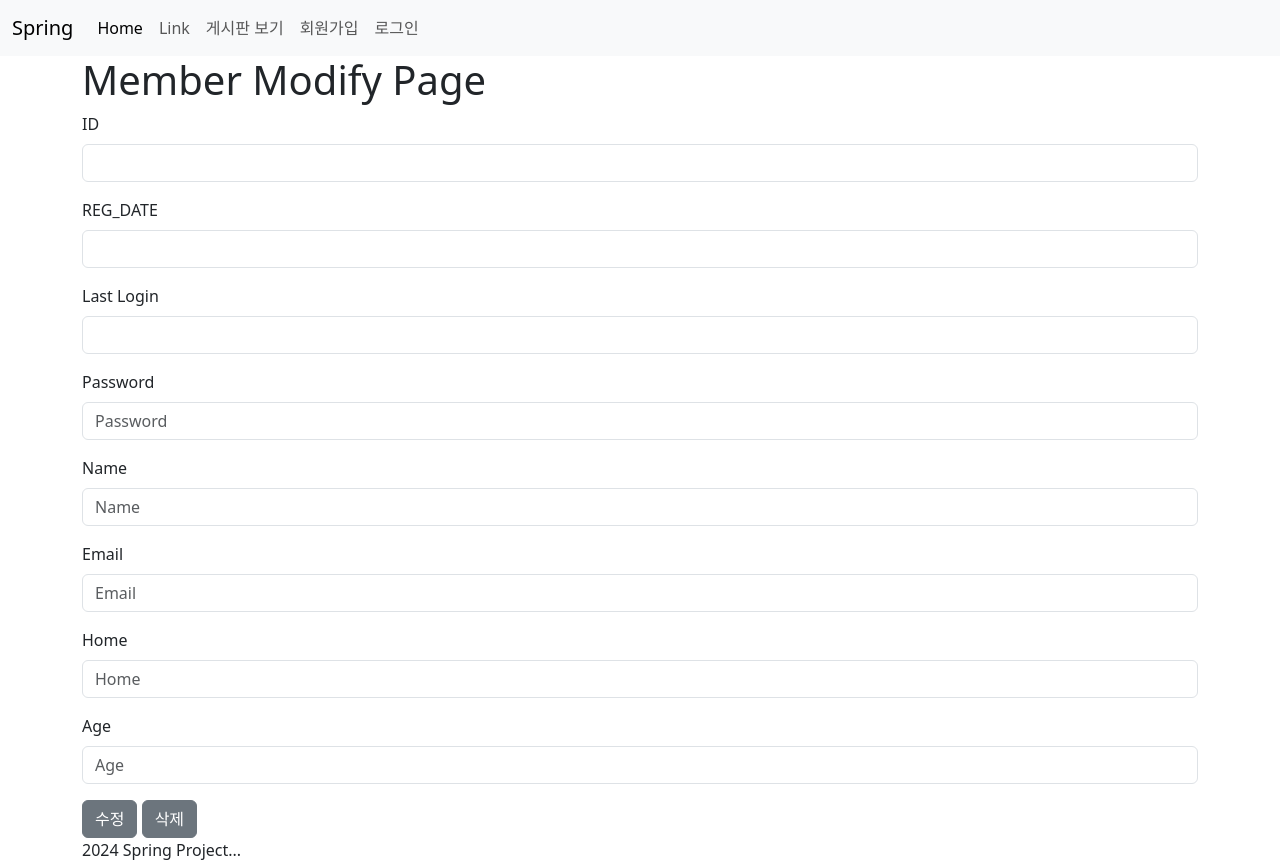
Repository: gajami-kim/240430_Spring_Study
Page: http://localhost/spring_study/WEB-INF/views/member/modify.jsp
An editor plug-in stored every save of this project. The page is shown before and after the next save, followed by the edit.
The browser window is 1280 px wide. The pictures show the whole page.
The page is served by Tomcat 9. Nobody is signed in. The template is opened directly, without the code that normally fills it, so the values that code supplies are empty.

Above is the page before, as saved 2024-04-25 09:09:57.

### spring_study/src/main/webapp/WEB-INF/views/member/modify.jsp
<%@ page language="java" contentType="text/html; charset=UTF-8"
    pageEncoding="UTF-8"%>
<jsp:include page="../layout/header.jsp" />

<div class="container-sm">
<h1>Member Modify Page</h1>
	<form action="/member/modify" method="post">
		<div class="mb-3">
		  <label for="i" class="form-label">ID</label>
		  <input type="text" class="form-control" name="id" id="i" value="${ses.id }" readonly="readonly">
		</div>
		<div class="mb-3">
		  <label for="r" class="form-label">REG_DATE</label>
		  <input type="text" class="form-control" id="r" value="${ses.reg_date }" readonly="readonly">
		</div>
		<div class="mb-3">
		  <label for="l" class="form-label">Last Login</label>
		  <input type="text" class="form-control" id="i" value="${ses.last_login }" readonly="readonly">
		</div>
		<div class="mb-3">
		  <label for="p" class="form-label">Password</label>
		  <input type="password" class="form-control" name="pw" id="p" placeholder="Password">
		</div>
		<div class="mb-3">
		  <label for="n" class="form-label">Name</label>
		  <input type="text" class="form-control" name="name" id="n"  value="${ses.name }" placeholder="Name">
		</div>
		<div class="mb-3">
		  <label for="e" class="form-label">Email</label>
		  <input type="email" class="form-control" name="email" id="e"  value="${ses.email }" placeholder="Email">
		</div>
		<div class="mb-3">
		  <label for="h" class="form-label">Home</label>
		  <input type="text" class="form-control" name="home" id="h"  value="${ses.home }" placeholder="Home">
		</div>
		<div class="mb-3">
		  <label for="a" class="form-label">Age</label>
		  <input type="text" class="form-control" name="age" id="a"  value="${ses.age }" placeholder="Age">
		</div>
		<button type="submit" class="btn btn-secondary">수정</button>
		<button type="submit" class="btn btn-secondary">삭제</button>
	</form>
</div>

<jsp:include page="../layout/footer.jsp" />

### spring_study/src/main/webapp/WEB-INF/views/layout/header.jsp
<%@ page language="java" contentType="text/html; charset=UTF-8"
    pageEncoding="UTF-8"%>
    <%@ taglib uri="http://java.sun.com/jsp/jstl/core" prefix="c"%>
<!DOCTYPE html>
<html>
<head>
<meta charset="UTF-8">
<title>header.jsp</title>
</head>
<link href="https://cdn.jsdelivr.net/npm/bootstrap@5.3.3/dist/css/bootstrap.min.css" rel="stylesheet" integrity="sha384-QWTKZyjpPEjISv5WaRU9OFeRpok6YctnYmDr5pNlyT2bRjXh0JMhjY6hW+ALEwIH" crossorigin="anonymous">
<script src="https://cdn.jsdelivr.net/npm/bootstrap@5.3.3/dist/js/bootstrap.bundle.min.js" integrity="sha384-YvpcrYf0tY3lHB60NNkmXc5s9fDVZLESaAA55NDzOxhy9GkcIdslK1eN7N6jIeHz" crossorigin="anonymous"></script>
<body>
<nav class="navbar navbar-expand-lg bg-body-tertiary">
  <div class="container-fluid">
    <a class="navbar-brand" href="#">Spring</a>
    <button class="navbar-toggler" type="button" data-bs-toggle="collapse" data-bs-target="#navbarSupportedContent" aria-controls="navbarSupportedContent" aria-expanded="false" aria-label="Toggle navigation">
      <span class="navbar-toggler-icon"></span>
    </button>
    <div class="collapse navbar-collapse" id="navbarSupportedContent">
      <ul class="navbar-nav me-auto mb-2 mb-lg-0">
        <li class="nav-item">
          <a class="nav-link active" aria-current="page" href="#">Home</a>
        </li>
        <li class="nav-item">
          <a class="nav-link" href="#">Link</a>
        </li>
        <c:if test="${ses.id ne null }">
        <li class="nav-item">
          <a class="nav-link" href="/board/register">게시판 글쓰기</a>
        </li>
        </c:if>
        <li class="nav-item">
          <a class="nav-link" href="/board/list">게시판 보기</a>
        </li>
        <c:if test="${ses.id eq null }">
        <li class="nav-item">
          <a class="nav-link" href="/member/register">회원가입</a>
        </li>
        <li class="nav-item">
          <a class="nav-link" href="/member/login">로그인</a>
        </li>
        </c:if>
        <c:if test="${ses.id ne null }">
        <li class="nav-item">
          <a class="nav-link" href="/member/logout">로그아웃</a>
        </li>
        <li class="nav-item">
          <a class="nav-link" href="/member/modify">${ses.id }(${ses.email }) Welcome!!</a>
        </li>
        </c:if>
      </ul>
    </div>
  </div>
</nav>

### spring_study/src/main/webapp/WEB-INF/views/layout/footer.jsp
<%@ page language="java" contentType="text/html; charset=UTF-8"
    pageEncoding="UTF-8"%>

<div class="container-sm">
	2024 Spring Project...
</div>

</body>
</html>

After the next save:
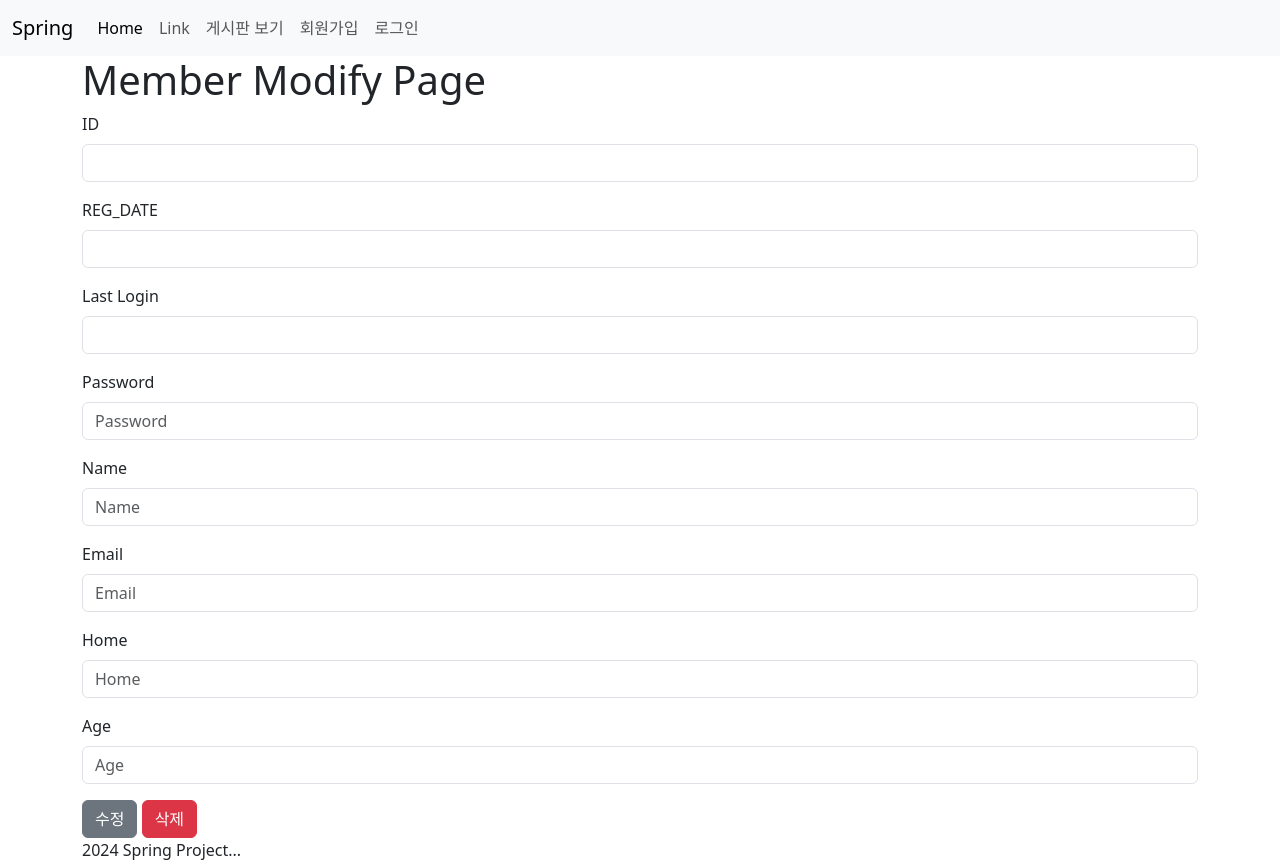
Saved 44 s later.
--- a/spring_study/src/main/webapp/WEB-INF/views/member/modify.jsp
+++ b/spring_study/src/main/webapp/WEB-INF/views/member/modify.jsp
@@ -38,7 +38,7 @@
 		  <input type="text" class="form-control" name="age" id="a"  value="${ses.age }" placeholder="Age">
 		</div>
 		<button type="submit" class="btn btn-secondary">수정</button>
-		<button type="submit" class="btn btn-secondary">삭제</button>
+		<a href="/member/remove"><button type="button" class="btn btn-danger">삭제</button></a>
 	</form>
 </div>
 
